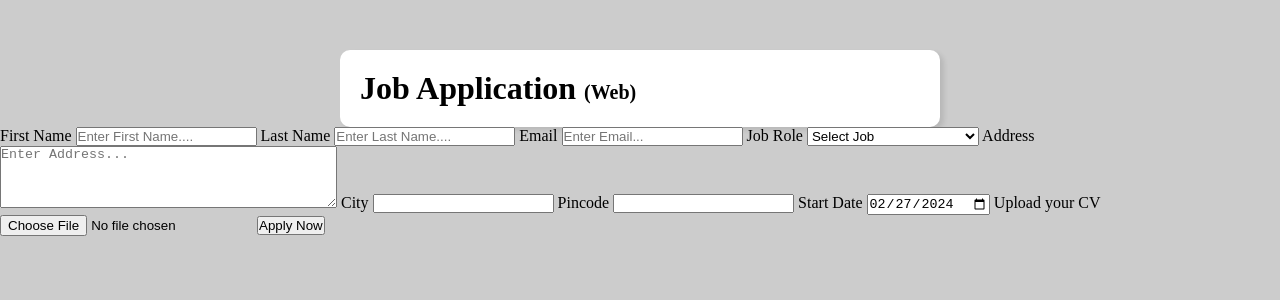
Repository: diensy/JOB-APPLICATION
Page: index.html
The author's editor kept a copy of each file at every save. The page is drawn from the files as they stood at one save, then again after the next save.
The browser window is 1280 px wide. The pictures show the whole page.

Above is the page before, as saved 2024-02-27 20:34:10.

After the next save:
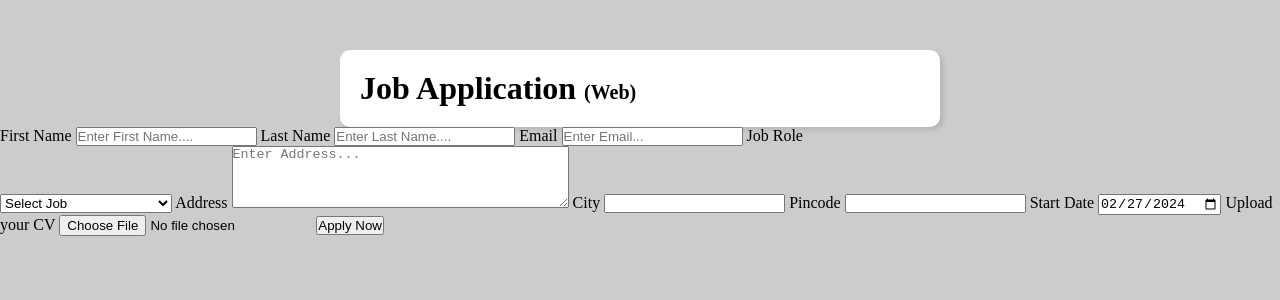
Saved 79 s later.
--- a/index.html
+++ b/index.html
@@ -13,7 +13,8 @@
       </div>
     </div>
     <form action="">
-      <div class="from_container">
+      <div class="form_container">
+        <div class="form_control">
       <label for="first">First Name</label>
 
       <input type="text" id="first" placeholder="Enter First Name...." />
@@ -27,7 +28,7 @@
       <input type="email" id="Email" placeholder="Enter Email..." />
 
       <label for="Job">Job Role</label>
-
+    </div>
       <select name="JobRole" id="Job">
         <option value="Select Job">Select Job</option>
         <option value="JAVA">JAVA DEVELOPER</option>
